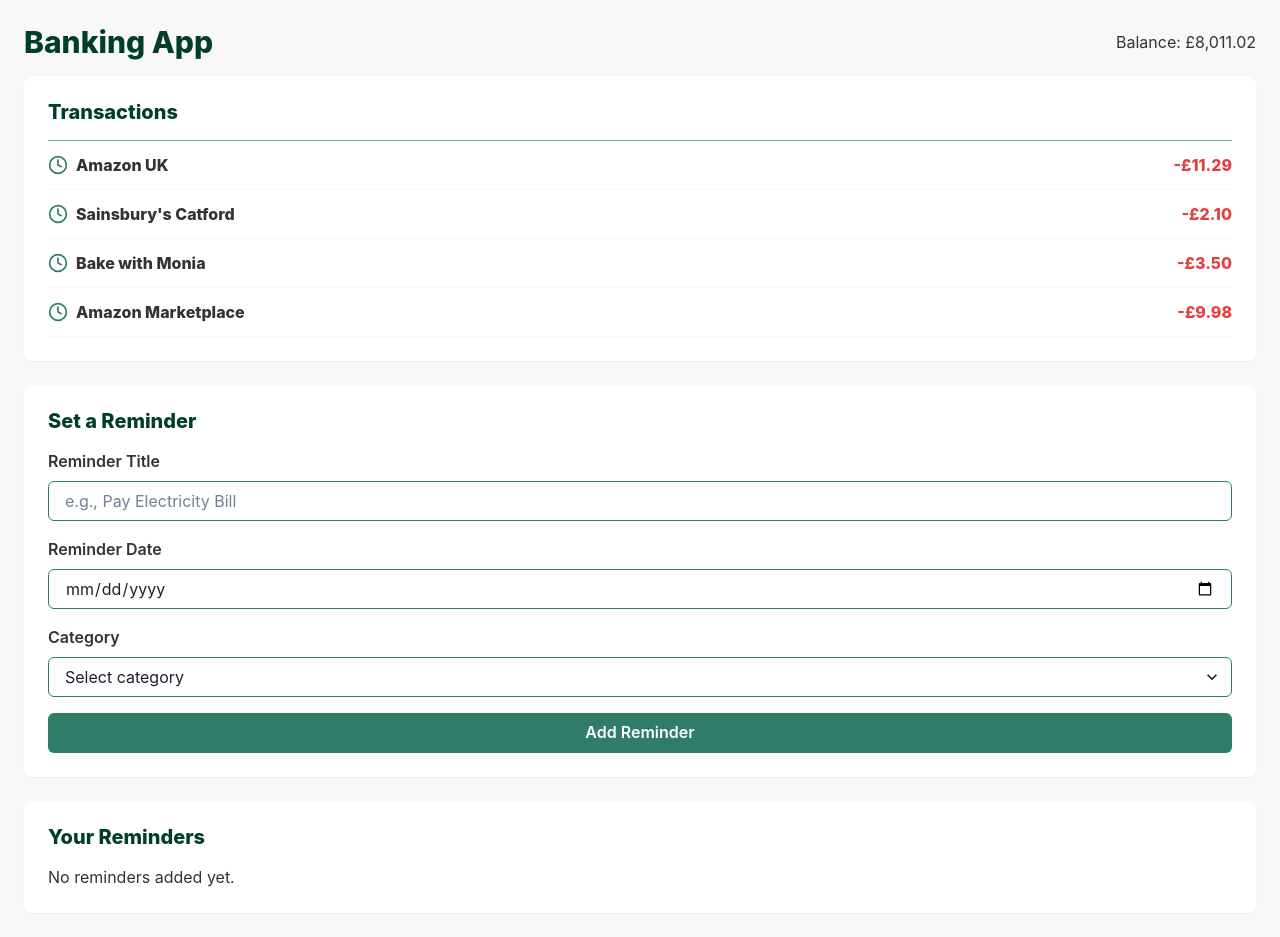
Repository: ellamcmorrow/banking-reminder
Page: /reminder
These files come from the project's save history. The page is drawn as it stood at one moment and after the next save; the edit follows.
The browser window is 1280 px wide. The pictures show the whole page.
The project was rebuilt for these pictures with package versions that can differ from the ones it lists, and the page was loaded fresh each time. The framework's server and built-in components were replaced by stand-ins that run in the browser. Also part of the build but not shown: next.config.js.

Above is the page before, as saved 2024-12-01 18:29:04.

After the next save:
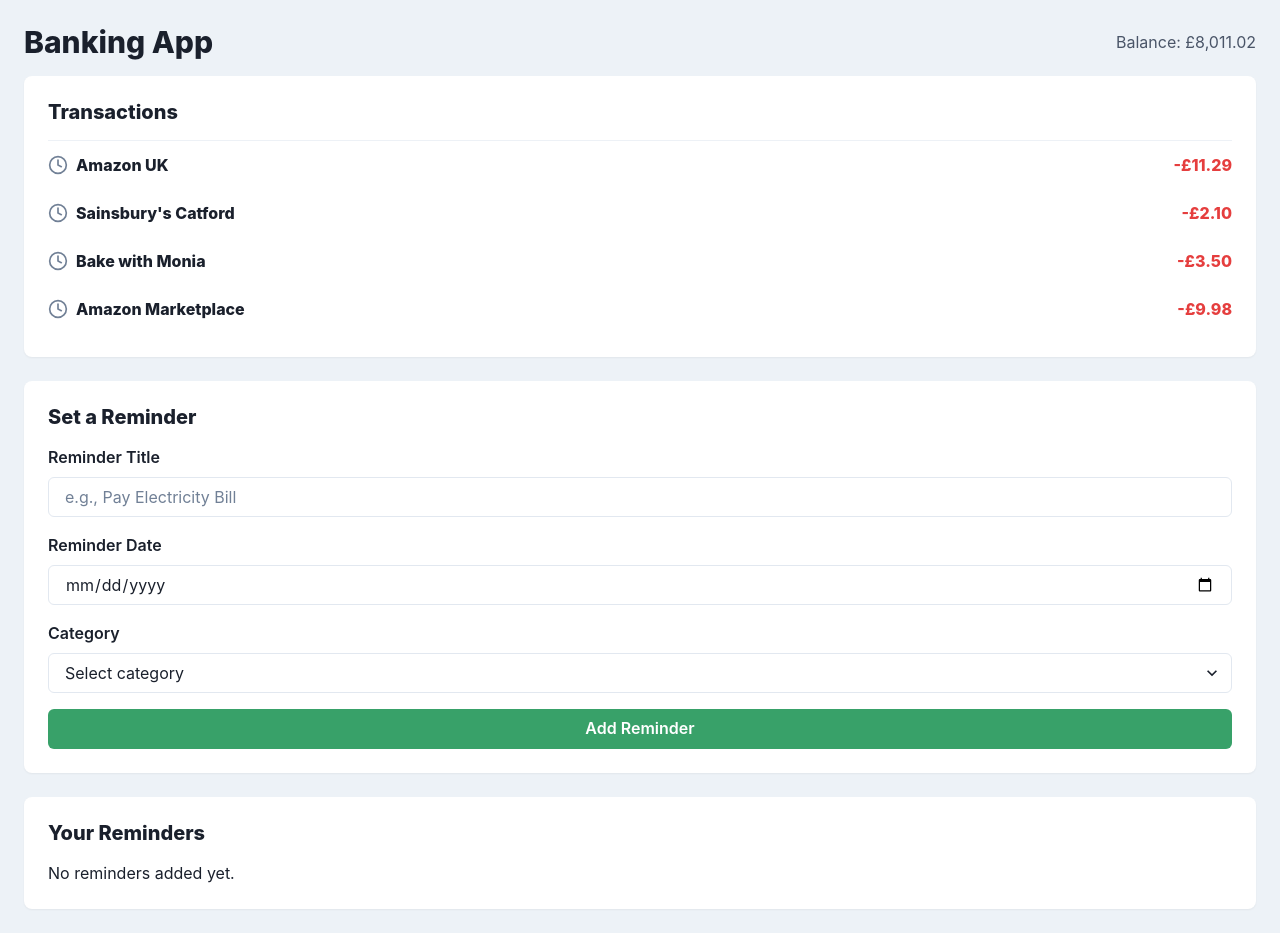
Saved 25 s later.
--- a/src/pages/reminder.tsx
+++ b/src/pages/reminder.tsx
@@ -40,14 +40,21 @@ export default function ReminderPage() {
   const [remindersList, setRemindersList] = useState<Reminder[]>([]);
   const [transactions] = useState<Transaction[]>([
     { id: 1, name: "Amazon UK", amount: "-£11.29", date: "2024-12-01" },
-    { id: 2, name: "Sainsbury's Catford", amount: "-£2.10", date: "2024-12-01" },
+    {
+      id: 2,
+      name: "Sainsbury's Catford",
+      amount: "-£2.10",
+      date: "2024-12-01",
+    },
     { id: 3, name: "Bake with Monia", amount: "-£3.50", date: "2024-12-01" },
     { id: 4, name: "Amazon Marketplace", amount: "-£9.98", date: "2024-12-01" },
   ]);
 
   const toast = useToast();
 
-  const handleChange = (e: React.ChangeEvent<HTMLInputElement | HTMLSelectElement>) => {
+  const handleChange = (
+    e: React.ChangeEvent<HTMLInputElement | HTMLSelectElement>
+  ) => {
     const { name, value } = e.target;
     setReminder((prev) => ({ ...prev, [name]: value }));
   };
@@ -77,33 +84,23 @@ export default function ReminderPage() {
   };
 
   return (
-    <Box bg="offWhite" minH="100vh" p={6}>
+    <Box bg="gray.100" minH="100vh" p={6}>
       <Flex justifyContent="space-between" alignItems="center" mb={4}>
-        <Heading size="lg" color="greenDark">
-          Banking App
-        </Heading>
-        <Text fontSize="md" color="darkGray">
+        <Heading size="lg">Banking App</Heading>
+        <Text fontSize="md" color="gray.600">
           Balance: £8,011.02
         </Text>
       </Flex>
       <Box bg="white" p={6} borderRadius="lg" boxShadow="sm">
-        <Heading size="md" mb={4} color="greenDark">
+        <Heading size="md" mb={4}>
           Transactions
         </Heading>
-        <Divider borderColor="greenLight" />
+        <Divider />
         {transactions.map((transaction) => (
-          <HStack
-            key={transaction.id}
-            justifyContent="space-between"
-            py={3}
-            borderBottom="1px solid"
-            borderColor="offWhite"
-          >
+          <HStack key={transaction.id} justifyContent="space-between" py={3}>
             <HStack>
-              <Icon as={FiClock} boxSize={5} color="greenLight" />
-              <Text fontWeight="bold" color="darkGray">
-                {transaction.name}
-              </Text>
+              <Icon as={FiClock} boxSize={5} color="gray.500" />
+              <Text fontWeight="bold">{transaction.name}</Text>
             </HStack>
             <Text color="red.500" fontWeight="bold">
               {transaction.amount}
@@ -113,52 +110,49 @@ export default function ReminderPage() {
       </Box>
 
       <Box bg="white" mt={6} p={6} borderRadius="lg" boxShadow="sm">
-        <Heading size="md" mb={4} color="greenDark">
+        <Heading size="md" mb={4}>
           Set a Reminder
         </Heading>
         <VStack spacing={4} align="stretch">
           <FormControl>
-            <FormLabel color="darkGray">Reminder Title</FormLabel>
+            <FormLabel>Reminder Title</FormLabel>
             <Input
               name="title"
               value={reminder.title}
               onChange={handleChange}
               placeholder="e.g., Pay Electricity Bill"
-              borderColor="greenLight"
             />
           </FormControl>
           <FormControl>
-            <FormLabel color="darkGray">Reminder Date</FormLabel>
+            <FormLabel>Reminder Date</FormLabel>
             <Input
               name="date"
               type="date"
               value={reminder.date}
               onChange={handleChange}
-              borderColor="greenLight"
             />
           </FormControl>
           <FormControl>
-            <FormLabel color="darkGray">Category</FormLabel>
+            <FormLabel>Category</FormLabel>
             <Select
               name="category"
               value={reminder.category}
               onChange={handleChange}
               placeholder="Select category"
-              borderColor="greenLight"
             >
               <option value="Bills">Bills</option>
               <option value="Savings">Savings</option>
               <option value="Investments">Investments</option>
             </Select>
           </FormControl>
-          <Button colorScheme="green" bg="greenLight" _hover={{ bg: "greenDark" }} w="full">
+          <Button colorScheme="green" onClick={handleAddReminder} w="full">
             Add Reminder
           </Button>
         </VStack>
       </Box>
 
       <Box bg="white" mt={6} p={6} borderRadius="lg" boxShadow="sm">
-        <Heading size="md" mb={4} color="greenDark">
+        <Heading size="md" mb={4}>
           Your Reminders
         </Heading>
         {remindersList.length > 0 ? (
@@ -169,18 +163,16 @@ export default function ReminderPage() {
                 p={4}
                 borderWidth={1}
                 borderRadius="lg"
-                bg="offWhite"
+                bg="gray.50"
               >
-                <Text fontWeight="bold" color="darkGray">
-                  {r.title}
-                </Text>
-                <Text color="darkGray">Date: {r.date}</Text>
-                <Text color="darkGray">Category: {r.category}</Text>
+                <Text fontWeight="bold">{r.title}</Text>
+                <Text>Date: {r.date}</Text>
+                <Text>Category: {r.category}</Text>
               </Box>
             ))}
           </SimpleGrid>
         ) : (
-          <Text color="darkGray">No reminders added yet.</Text>
+          <Text>No reminders added yet.</Text>
         )}
       </Box>
     </Box>
